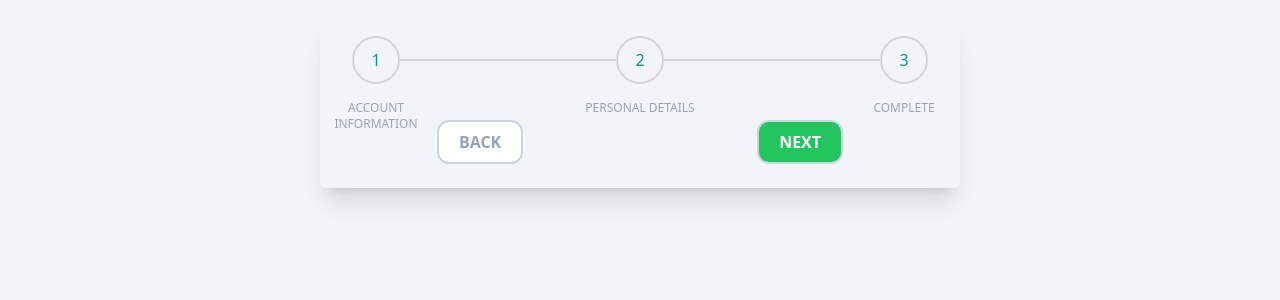
Repository: OmniaRafat232111121/reactstepper
Page: /
The author's editor kept a copy of each file at every save. The page is drawn from the files as they stood at one save, then again after the next save.
The browser window is 1280 px wide. The pictures show the whole page.
The project was rebuilt for these pictures with package versions that can differ from the ones it lists, and the page was loaded fresh each time. Also part of the build but not shown: src/App.css, src/Component/steps/Account.js, src/Component/steps/Details.js, src/Component/steps/Final.js.

Above is the page before, as saved 2023-02-22 12:38:54.

### src/index.css
@tailwind base;
@tailwind components;
@tailwind utilities;


body {
  background: #f1f5f9;
}

code {
  font-family: source-code-pro, Menlo, Monaco, Consolas, 'Courier New',
    monospace;
}

### src/App.js
import { useState } from 'react';
import './App.css';
import Stepper from './Component/Stepper';
import StepperControl from './Component/StepperControl';
import Account from './Component/steps/Account';
import Details from './Component/steps/Details';
import Final from './Component/steps/Final';
function App() {
  const [currentStep,setCurrentStep]=useState();
  const steps=[
    'Account information',
    'Personal Details',
    'Complete'
  ];
  const displaySteps=(step)=>{
    switch(step){
      case 1:
        return <Account/>
        case 2:
        return <Details/>
        case 3:
        return <Final/>
        default:

    }
  }
  return (
    <div className="md:w-1/2 mx-auto  rounded-md shadow-xl bg-white-300 pb-2 mt-5">
     {/*stepper*/}
    <div className='container horizontal mt-5'>
    <Stepper
    steps={steps}
    currentStep={currentStep}
    />
    </div>
     {/*StepperCOntrol*/}
     <StepperControl/>
    </div>
  );
}

export default App;

### src/Component/Stepper.js
import React, { useState, useEffect, useRef } from "react";

const Stepper = ({ steps, currentStep }) => {
  const [newStep, setNewStep] = useState([]);
  const stepsRef = useRef();

  const updateStep = (stepNumber, steps) => {
    const newSteps = [...steps];
    console.log(newSteps);
    let count = 0;
    while (count < newSteps.length) {
      //current step
      if (count === stepNumber) {
        newSteps[count] = {
          ...newSteps[count],
          highlighted: true,
          selected: true,
          completed: true,
        };
        count++;
      }

      //step completed
      else if (count < stepNumber) {
        newSteps[count] = {
          ...newSteps[count],
          highlighted: false,
          selected: true,
          completed: true,
        };
        count++;
      }
      //step pending
      else {
        newSteps[count] = {
          ...newSteps[count],
          highlighted: false,
          selected: false,
          completed: false,
        };
        count++;
      }
    }

    return newSteps;
  };

  useEffect(() => {
    const stepsState = steps.map((step, index) =>
      Object.assign(
        {},
        {
          description: step,
          completed: false,
          highlighted: index === 0 ? true : false,
          selected: index === 0 ? true : false,
        }
      )
    );

    stepsRef.current = stepsState;
    const current = updateStep(currentStep - 1, stepsRef.current);
    setNewStep(current);
  }, [steps, currentStep]);

  const stepsDisplay = newStep.map((step, index) => {
    return (
      <div
        key={index}
        className={
          index !== newStep.length - 1
            ? "w-full flex items-center"
            : "flex items-center"
        }
      >
        <div className="relative flex flex-col items-center text-teal-600">
          <div
            className={`rounded-full transition duration-500 ease-in-out border-2 border-gray-300 h-12 w-12 flex items-center justify-center py-3  ${
              step.selected
                ? "bg-green-600 text-white font-bold border border-green-600 "
                : " bg"
            }`}
          >
            {step.completed ? (
              <span className="text-white font-bold text-xl">&#10003;</span>
            ) : (
              index + 1
            )}
          </div>
          <div
            className={`absolute top-0  text-center mt-16 w-32 text-xs font-medium uppercase ${
              step.highlighted ? "text-gray-900" : "text-gray-400"
            }`}
          >
            {step.description}
          </div>
        </div>
        <div
          className={`flex-auto border-t-2 transition duration-500 ease-in-out  ${
            step.completed ? "border-green-600 bg-green-600" : "border-gray-300 "
          }  `}
        ></div>
      </div>
    );
  });

  return (
    <div className="mx-4 p-4 flex justify-between items-center">
      {stepsDisplay}
    </div>
  );
};
export default Stepper;

### src/Component/StepperControl.js
import React from 'react'

const StepperControl = () => {
  return (
    <div className='container  flex justify-around mt-5 mb-4'>
       {/*back button*/}
       <button className='bg-white text-slate-400 font-semibold  uppercase px-5 py-2  rounded-xl
       cursor-pointer border-2 border-slate-300 hover:bg-slate-700 hover:text-white transition duration-200 ease-in-out'>
       Back
       </button>
        {/*next button*/}
        <button className='bg-green-500 text-white font-semibold  uppercase px-5 py-2  rounded-xl
        cursor-pointer border-2 border-slate-300 hover:bg-slate-700 hover:text-white transition duration-200 ease-in-out'>
        Next
        </button>
    </div>
  )
}

export default StepperControl

Loaded but not shown: public/index.html (common file); src/index.js (common file); tailwind.config.js (common file)

After the next save:
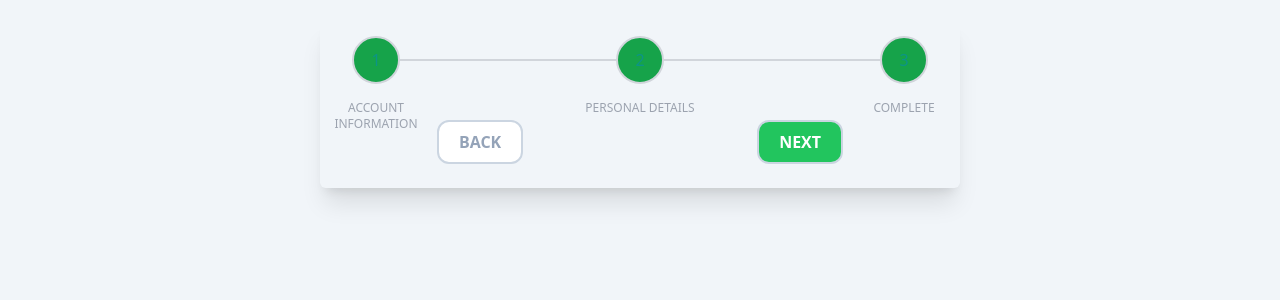
Saved 4 s later.
--- a/src/Component/Stepper.js
+++ b/src/Component/Stepper.js
@@ -78,7 +78,7 @@
             className={`rounded-full transition duration-500 ease-in-out border-2 border-gray-300 h-12 w-12 flex items-center justify-center py-3  ${
               step.selected
                 ? "bg-green-600 text-white font-bold border border-green-600 "
-                : " bg"
+                : " bg-green-600"
             }`}
           >
             {step.completed ? (

After the save that followed:
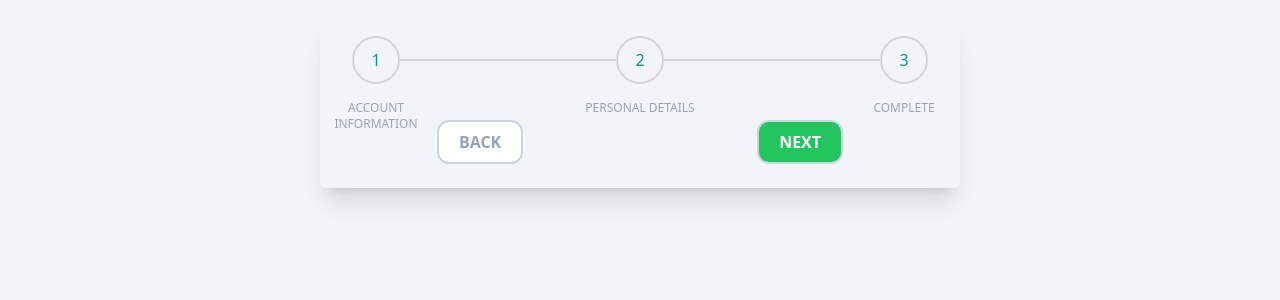
Saved 10 s later.
--- a/src/Component/Stepper.js
+++ b/src/Component/Stepper.js
@@ -78,7 +78,7 @@
             className={`rounded-full transition duration-500 ease-in-out border-2 border-gray-300 h-12 w-12 flex items-center justify-center py-3  ${
               step.selected
                 ? "bg-green-600 text-white font-bold border border-green-600 "
-                : " bg-green-600"
+                : ""
             }`}
           >
             {step.completed ? (
